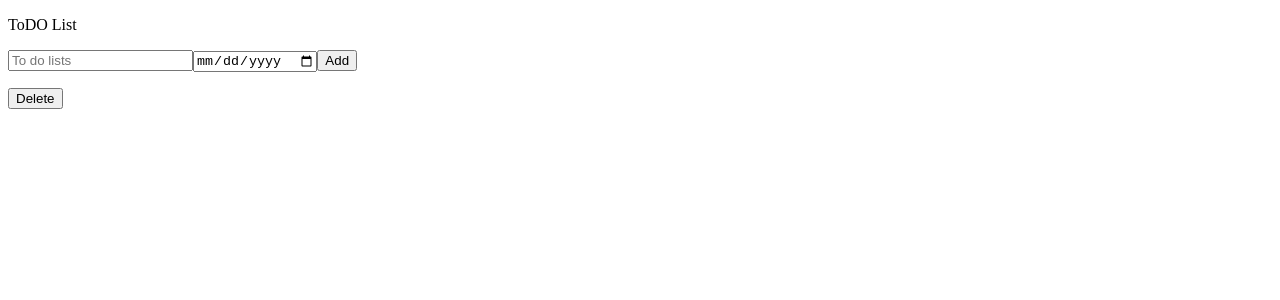
Repository: pgyunknown/ToDo-List
Page: index.html
These files come from the project's save history. The page is drawn as it stood at one moment and after a run of saves; the edit follows.
The browser window is 1280 px wide. The pictures show the whole page.

Above is the page before, as saved 2024-08-29 19:36:17.

### index.html
<!DOCTYPE html>
<html lang="en">
<head>
  <meta charset="UTF-8">
  <meta name="viewport" content="width=device-width, initial-scale=1.0">
  <title>Document</title>
</head>
<body>
  <div class="grid-body">
  <p>ToDO List</p>
  <input placeholder="To do lists" class="js-name-input"><input type="date" class="js-date-b"><button onclick="addWork();">Add</button><br>

  <div class="js-todo-list">text</div>

  </div>

  <script src="index.js"></script>
</body>
</html>

### index.js
const todoList=[{
  name:'',duedate:''
}
];

eventList();
function eventList(){
  let todoListHTML=' ';
  for(i=0;i<todoList.length;i++){
    const todoObj=todoList[i];
    const {name}=todoObj;
    const {duedate}=todoObj;
    const html=`
    <p>
    ${name} ${duedate}
    <button onclick="todoList.splice(${i},1);
    eventList();">Delete</button>
    </p>`;
    todoListHTML+=html;
}
console.log(todoListHTML) ;
document.querySelector('.js-todo-list').innerHTML=todoListHTML;
}
function addWork(){
  const inputElement=document.querySelector('.js-name-input');
  const name=inputElement.value;

  const dateinputElement=document.querySelector('.js-date-b');
  const duedate=dateinputElement.value;

  todoList.push({
    name:name,
    duedate:duedate
  });

  inputElement.value='';
  // console.log(todoList);
  eventList();
}

After the next 5 saves:
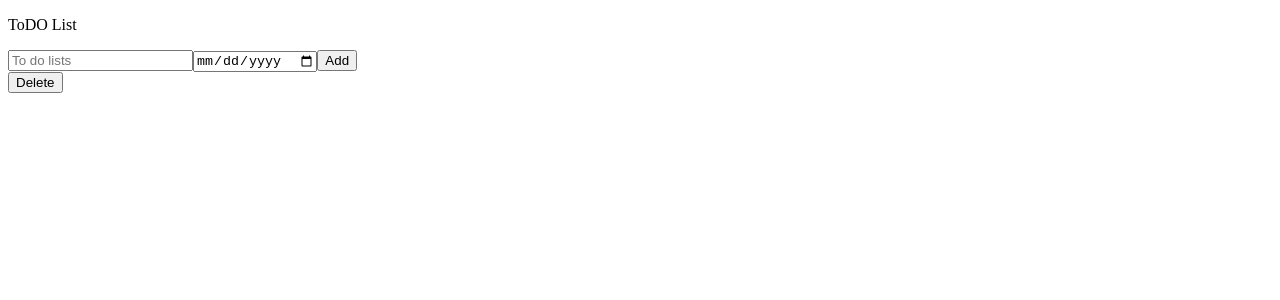
The 5 saves are shown as one change because they came seconds apart.
The last was saved 19 s later.
--- a/index.js
+++ b/index.js
@@ -11,11 +11,12 @@ function eventList(){
     const {name}=todoObj;
     const {duedate}=todoObj;
     const html=`
-    <p>
-    ${name} ${duedate}
+
+    ${name}
+    ${duedate}
     <button onclick="todoList.splice(${i},1);
     eventList();">Delete</button>
-    </p>`;
+    `;
     todoListHTML+=html;
 }
 console.log(todoListHTML) ;
